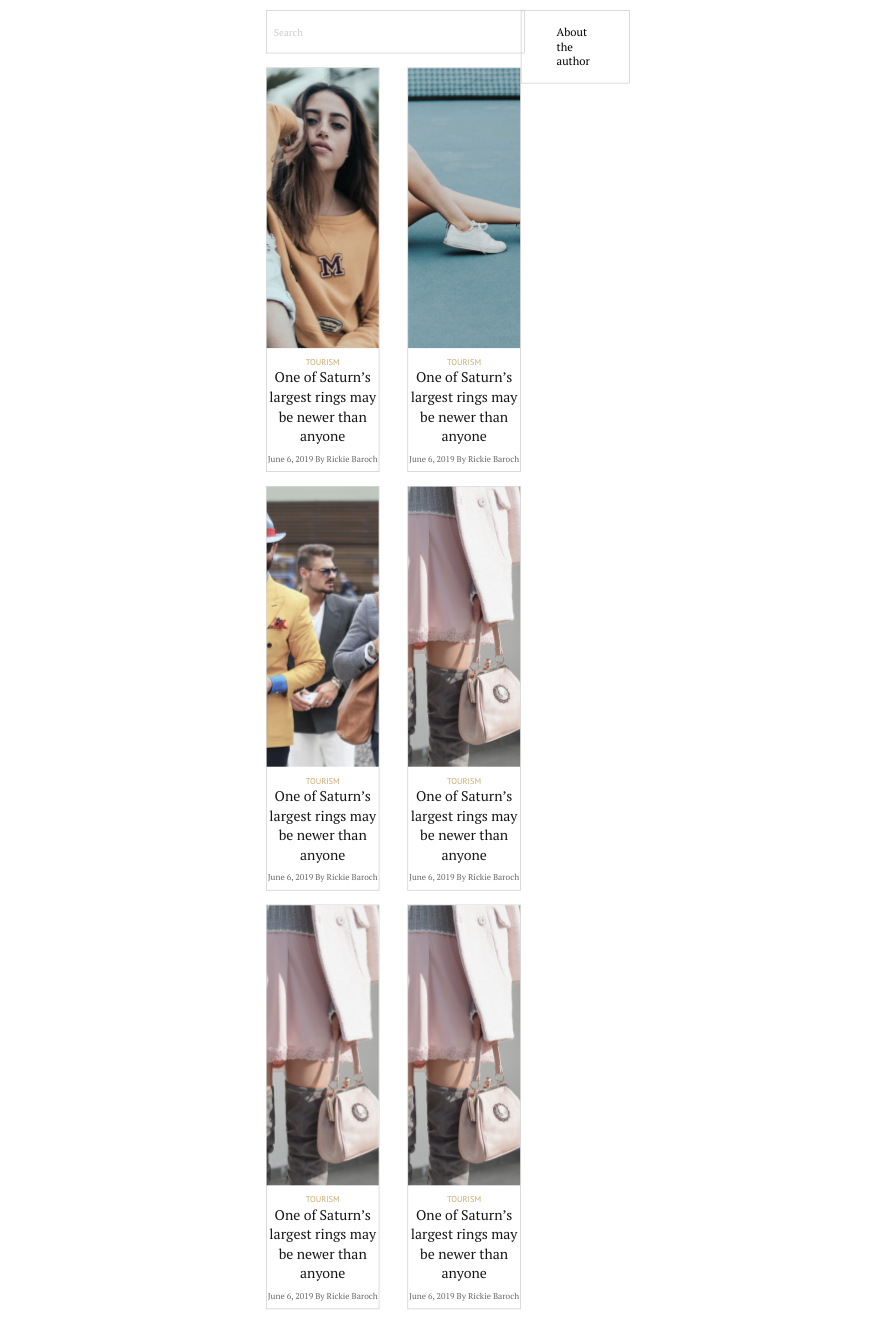
Repository: ThanhHien65/CIJS75
Page: / (app in REACTJS-FashionBlog/fashionblog/)
These files come from the project's save history. The page is drawn as it stood at one moment and after the next save; the edit follows.
The browser window is 1280 px wide. The pictures show the part of the page from y = 806 to 2726 px (the page is 2726 px tall), at 70% of full size.
The project was rebuilt for these pictures with package versions that can differ from the ones it lists, and the page was loaded fresh each time.

Above is the page before, as saved 2022-06-24 13:45:36.

### REACTJS-FashionBlog/fashionblog/src/App.js
import logo from "./logo.svg";
import "./App.css";
import Header from "./component/header/Header";
import Body from "./component/body/Body";
function App() {
  return (
    <div className="App">
      <header className="App-header">
        <Header></Header>
      </header>
      <div className="body">
        <Body></Body>
      </div>
    </div>
  );
}

export default App;

### REACTJS-FashionBlog/fashionblog/src/App.css
@import url("https://fonts.googleapis.com/css2?family=Lato:wght@300;400;700&family=PT+Serif:ital,wght@0,400;0,700;1,400;1,700&family=Poppins:ital,wght@0,300;0,400;0,500;0,700;1,300;1,600&display=swap");
@import url("https://fonts.googleapis.com/css2?family=Lato:wght@300;400;700&family=PT+Sans:ital,wght@0,400;0,700;1,400&family=PT+Serif:ital,wght@0,400;0,700;1,400;1,700&family=Poppins:ital,wght@0,300;0,400;0,500;0,700;1,300;1,600&display=swap");
* {
  margin: 0;
  padding: 0;
  font-size: 10px;
  box-sizing: border-box;
}
.headerFashion {
  font-family: "PT Serif";
  font-style: normal;
  font-weight: 700;
  font-size: 2.5rem;
  line-height: 3.3rem;
  letter-spacing: 0.25rem;
  text-transform: uppercase;
  float: left;
  color: #171717;
  position: absolute;
  margin: 2rem 5rem;
  cursor: pointer;
}
.headerFashion::after {
  content: "";
  position: absolute;
  background-color: #c9a96e;
  bottom: 0;
  left: 0;
  width: 100%;
  height: 0.2rem;
}
.headerItem li {
  float: right;
  display: inline-block;
  padding: 0 1rem;
  text-transform: capitalize;
  line-height: 6.2rem;
  font-family: "PT Serif";
  font-weight: 400;
  font-size: 1.4rem;
  cursor: pointer;
}
.headerItem li:first-child {
  padding-right: 5rem;
}
.headerItem li:hover {
  color: #c9a96e;
}
.headerBig {
  padding-bottom: 7rem;
}
.headerBanner {
  background-image: url(./image/imagebanner.png);
  width: 100%;
  height: 70rem;
  background-repeat: no-repeat;
  object-fit: contain;
  position: relative;
}
.bannercontent {
  position: absolute;
  top: calc(50% - 100px / 2 + 212px);
  left: 20%;
}
.bannerVehicle {
  font-family: "PT Sans";
  font-weight: 400;
  font-size: 1.4rem;
  line-height: 1.8rem;
  text-transform: uppercase;
  color: #ffffff;
  padding-bottom: 1rem;
}
.bannerslogan {
  height: 10rem;
  max-width: 60rem;
  font-family: "PT Serif";
  font-style: normal;
  font-weight: 700;
  font-size: 4rem;
  line-height: 5rem;
  color: #ffffff;
  padding-bottom: 1rem;
}
.bannertime {
  font-family: "PT Serif";
  font-style: normal;
  font-weight: 400;
  font-size: 1.4rem;
  line-height: 1.9rem;
  color: #ffffff;
}
.bodyContent {
  display: flex;
  padding: 5rem 38rem;
  justify-content: space-between;
}
.Contentleft {
  width: 70%;
}
.ContentSeach input {
  font-family: "PT Serif";
  width: 37rem;
  height: 6.2rem;
  border: 1px solid #cccccc;
  font-size: 1.4rem;
}
.ContentSeach input::placeholder {
  font-family: "PT Serif";
  color: #cccccc;
  position: absolute;
  top: 50%;
  transform: translateY(-50%);
  left: 1rem;
  font-size: 1.4rem;
}
.rightAbout {
  border: 1px solid #cccccc;
  padding: 2rem 5rem;
  font-family: "PT Serif";
  font-style: normal;
  font-weight: 400;
  font-size: 1.6rem;
  line-height: 2.1rem;
}
.ContentImage {
  display: flex;
  margin-top: 2rem;
  text-align: center;
}
.image_1 {
  width: 36.8rem;
  margin-right: 4rem;
  border: 1px solid #cccccc;
}
.imageFas img {
  width: 100%;
  height: 40rem;
  object-fit: cover;
}
.detailstour {
  font-family: "PT Sans";
  font-style: normal;
  font-weight: 400;
  font-size: 12px;
  line-height: 16px;
  color: #c9a96e;
  text-transform: uppercase;
  padding-top: 1rem;
}
.imagedetails h3 {
  font-family: "PT Serif";
  font-style: normal;
  font-weight: 400;
  font-size: 20px;
  line-height: 28px;
  text-align: center;
  color: #171717;
}
.detaildate {
  font-family: "PT Serif";
  font-style: normal;
  font-weight: 400;
  font-size: 12px;
  line-height: 16px;
  color: #666666;
  padding: 1rem 0;
}
.image_2 {
  width: 36.8rem;
  border: 1px solid #cccccc;
}

### REACTJS-FashionBlog/fashionblog/src/component/header/Header.js
import React from "react";
const Header = () => {
  return (
    <div className="header">
      <div className="headerBig">
        <div className="headerFashion">fashion</div>
        <ul className="headerItem">
          <li>home</li>
          <li>recipes</li>
          <li>article</li>
          <li>contact</li>
          <li>purchase</li>
        </ul>
      </div>
      <div className="headerBanner">
        <div className="bannercontent">
          <div className="bannerVehicle">vehicle</div>
          <h1 className="bannerslogan">
            One of Saturn’s largest rings may be newer than anyone
          </h1>
          <div className="bannertime">
            June 6, 2019 By Rickie Baroch 4 comments
          </div>
        </div>
      </div>
    </div>
  );
};

export default Header;

### REACTJS-FashionBlog/fashionblog/src/component/body/Body.js
import React from "react";
import bitmap from "../../image/Bitmap.png";
import { ImageInfo, Image } from "./info";
const Body = () => {
  return (
    <div className="bodyContent">
      <div className="Contentleft">
        <div className="ContentSeach">
          <input type="text" placeholder="Search" />
        </div>
        {ImageInfo.map((item, index) => {
          return (
            <Image
              key={index}
              tour={item.tour}
              details={item.details}
              date={item.date}
              image1={item.image1}
              image2={item.image2}
            ></Image>
          );
        })}
      </div>
      <div className="ContentRight">
        <div className="rightAbout">About the author</div>
      </div>
    </div>
  );
};

export default Body;

### REACTJS-FashionBlog/fashionblog/src/component/body/info.js
import bitmap from "../../image/Bitmap.png";
import bitmap1 from "../../image/Bitmap1.png";
import bitmap2 from "../../image/Bitmap2.png";
import bitmap3 from "../../image/Bitmap3.png";
import bitmap4 from "../../image/Bitmap4.png";
import bitmap5 from "../../image/Bitmap5.png";
export const ImageInfo = [
  {
    image1: bitmap,
    image2: bitmap1,
    tour: "Tourism",
    details: "One of Saturn’s largest rings may be newer than anyone",
    date: "June 6, 2019 By Rickie Baroch",
  },
  {
    image1: bitmap2,
    image2: bitmap3,
    tour: "Tourism",
    details: "One of Saturn’s largest rings may be newer than anyone",
    date: "June 6, 2019 By Rickie Baroch",
  },
  {
    image1: bitmap3,
    image2: bitmap3,
    tour: "Tourism",
    details: "One of Saturn’s largest rings may be newer than anyone",
    date: "June 6, 2019 By Rickie Baroch",
  },
];
export const Image = (props) => {
  return (
    <div className="ContentImage">
      <div className="image_1">
        <div className="imageFas">
          <img src={props.image1} alt="" />
        </div>
        <div className="imagedetails">
          <div className="detailstour">{props.tour}</div>
          <h3>{props.details}</h3>
          <div className="detaildate">{props.date}</div>
        </div>
      </div>
      <div className="image_2">
        <div className="imageFas">
          <img src={props.image2} alt="" />
        </div>
        <div className="imagedetails">
          <div className="detailstour">{props.tour}</div>
          <h3>{props.details}</h3>
          <div className="detaildate">{props.date}</div>
        </div>
      </div>
    </div>
  );
};

Loaded but not shown: REACTJS-FashionBlog/fashionblog/public/index.html (common file); REACTJS-FashionBlog/fashionblog/src/index.js (common file); REACTJS-FashionBlog/fashionblog/src/index.css (common file); REACTJS-FashionBlog/fashionblog/src/reportWebVitals.js (common file)

After the next save:
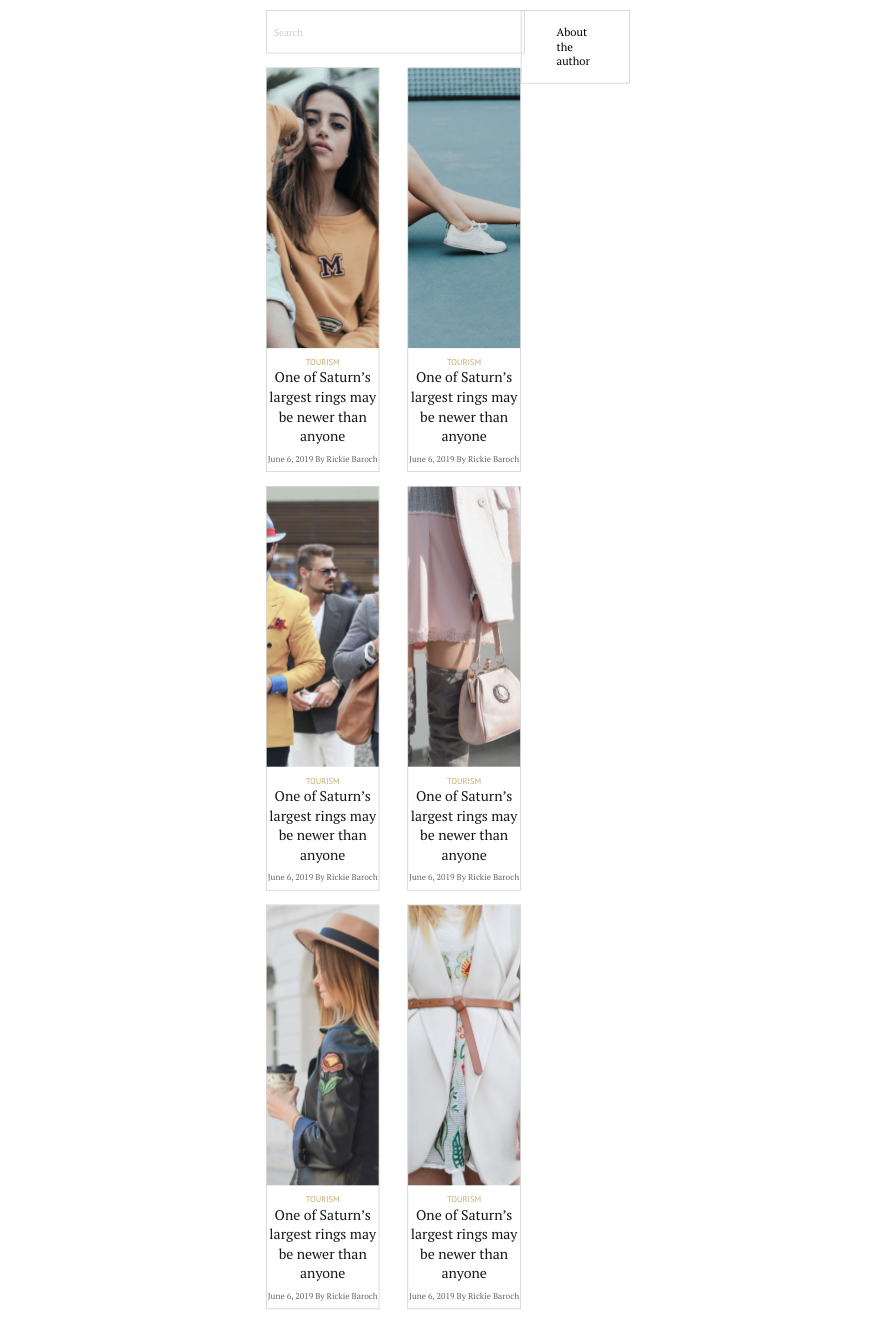
Saved 4 s later.
--- a/REACTJS-FashionBlog/fashionblog/src/component/body/info.js
+++ b/REACTJS-FashionBlog/fashionblog/src/component/body/info.js
@@ -20,8 +20,8 @@ export const ImageInfo = [
     date: "June 6, 2019 By Rickie Baroch",
   },
   {
-    image1: bitmap3,
-    image2: bitmap3,
+    image1: bitmap4,
+    image2: bitmap5,
     tour: "Tourism",
     details: "One of Saturn’s largest rings may be newer than anyone",
     date: "June 6, 2019 By Rickie Baroch",
